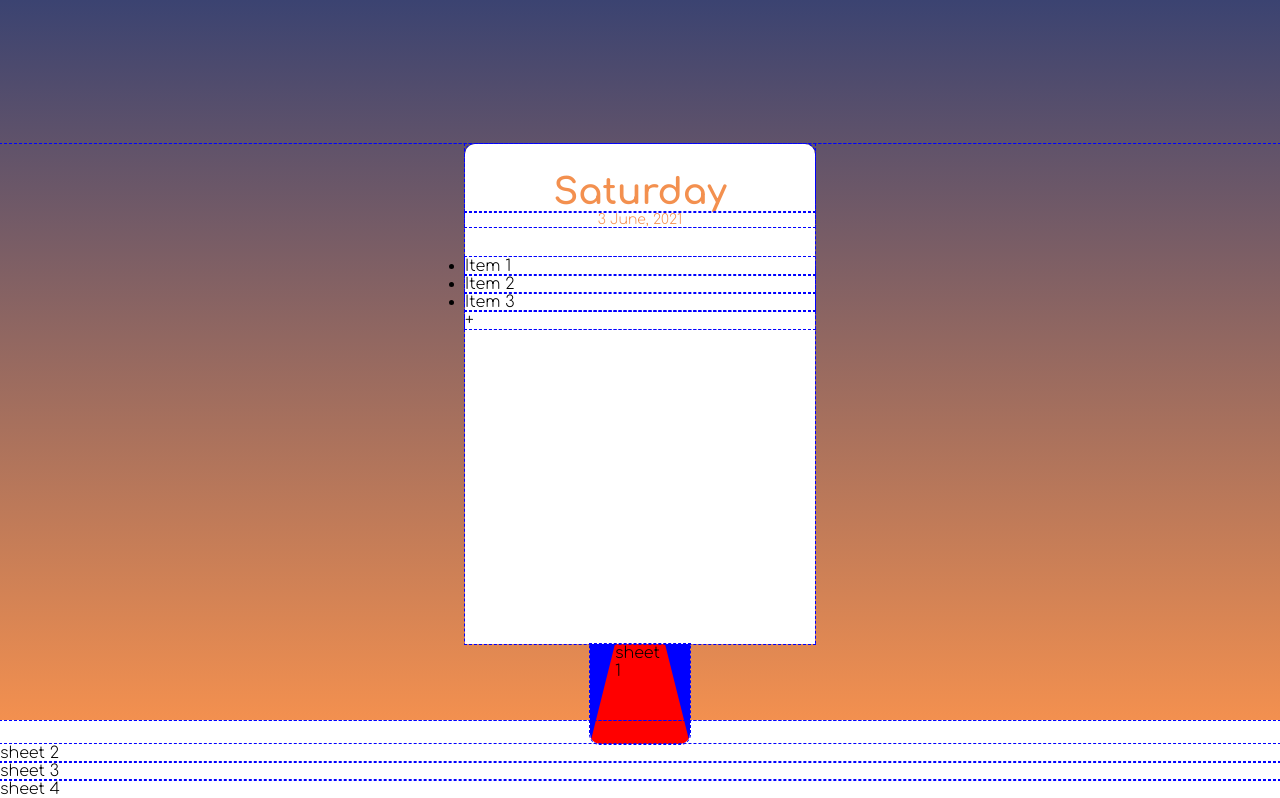
Repository: Colo-Codes/mini-projects
Page: todo-app/index.html
The author's editor kept a copy of each file at every save. The page is drawn from the files as they stood at one save, then again after the next save.
The browser window is 1280 px wide. The pictures show the whole page.

Above is the page before, as saved 2021-07-04 11:30:35.

After the next save:
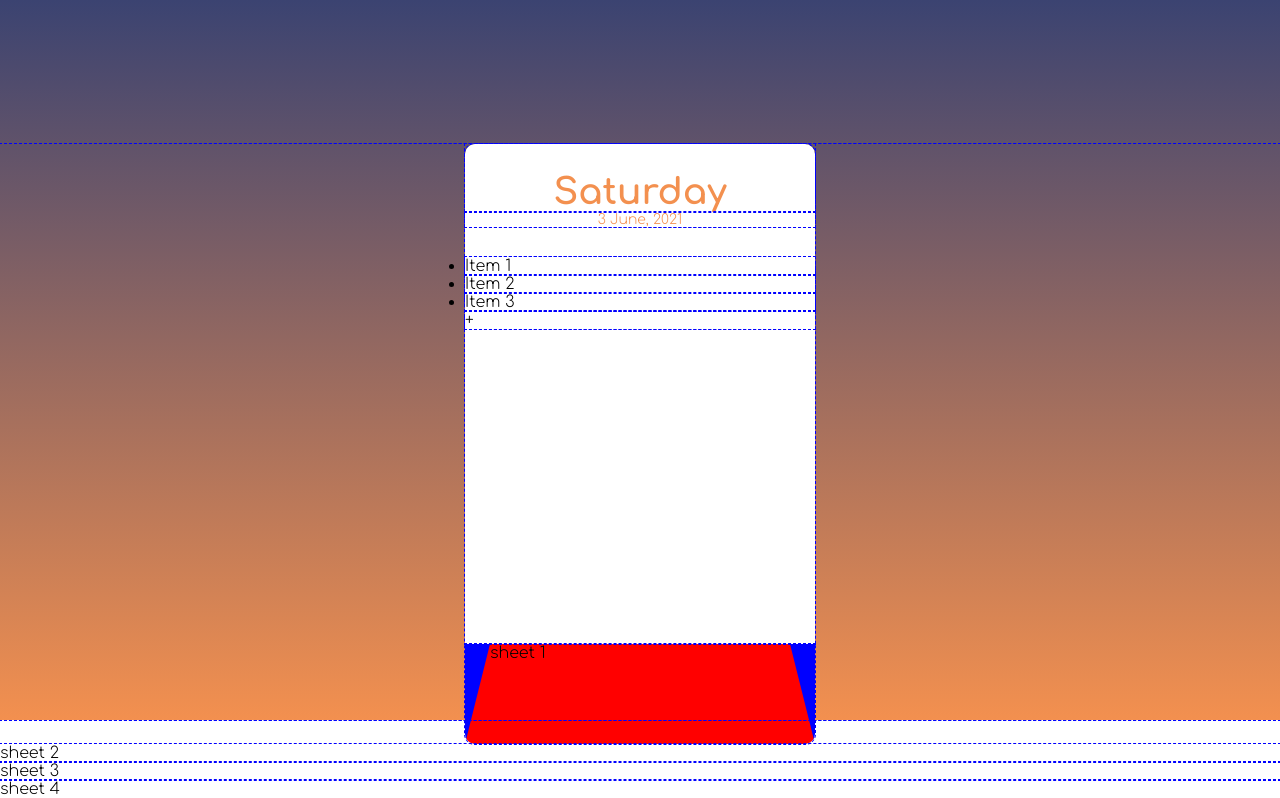
Saved 18 s later.
--- a/todo-app/css/index.css
+++ b/todo-app/css/index.css
@@ -54,7 +54,7 @@ body {
     border-left: 25px solid transparent;
     border-right: 25px solid transparent;
     height: 0;
-    width: 100px;
+    /* width: 100px; */
 }
 
 #todo--header header {
